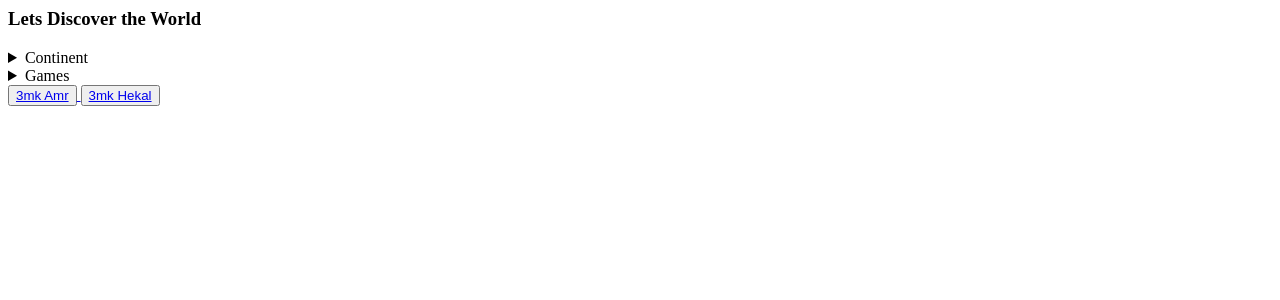
Repository: Amr-Ma7moud/FlagScape
Page: htmlUtil/sideBar.html
An editor plug-in stored every save of this project. The page is shown before and after the next save, followed by the edit.
The browser window is 1280 px wide. The pictures show the whole page.

Above is the page before, as saved 2025-11-30 01:00:23.

After the next save:
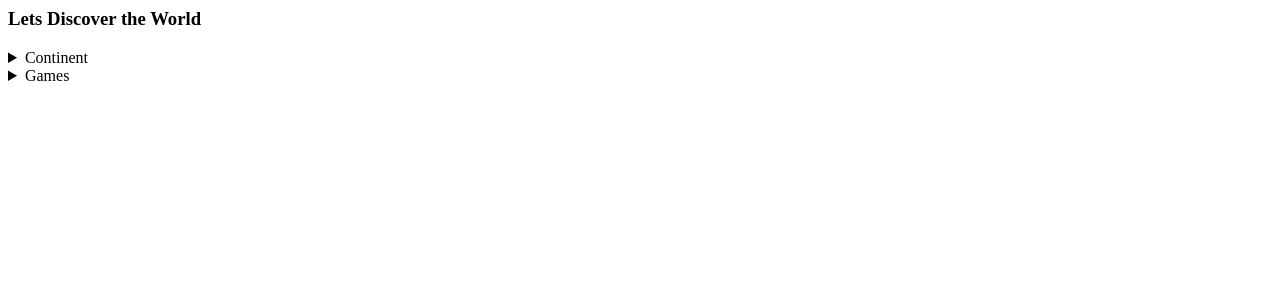
Saved 2 min 0 s later.
--- a/htmlUtil/sideBar.html
+++ b/htmlUtil/sideBar.html
@@ -14,7 +14,3 @@
     <p> Memory</p>
     <p>Flag Puzzle</p>
 </details>
-<div class="github-buttons">
-    <button><a href="https://github.com/Amr-Ma7moud" target="_blank"><span> 3mk Amr</span></button>
-    <button><a href="https://github.com/Ahmed-Hekal-01" target="_blank"><span> 3mk Hekal</span></a></button>
-</div>
